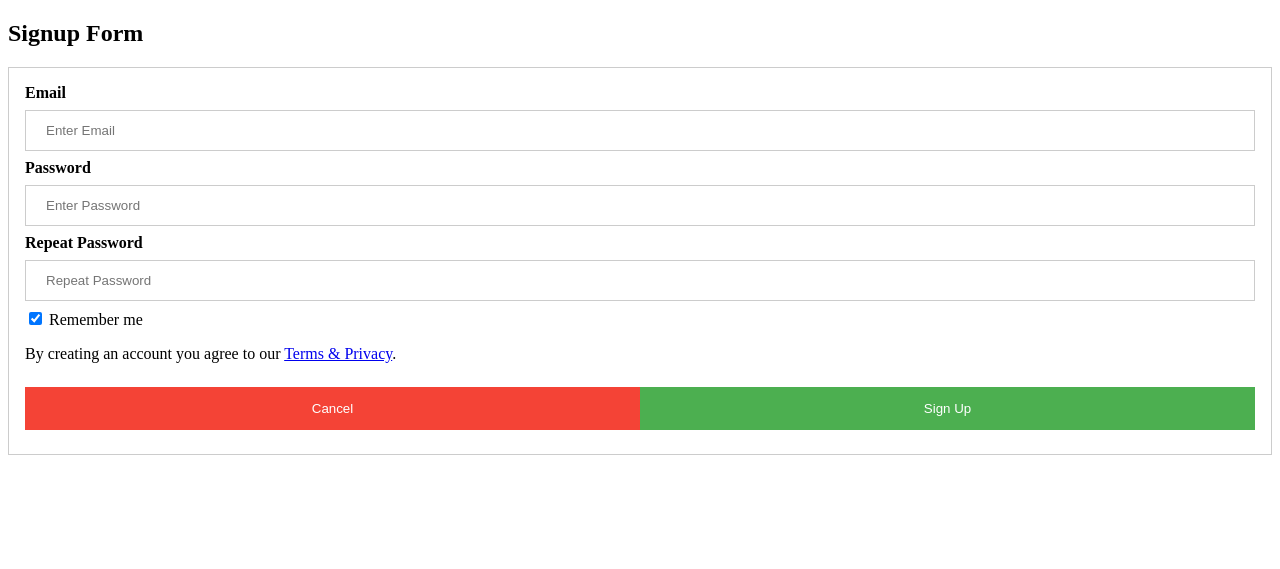
Repository: paragpatidar/LibraryManagementSystem
Page: http://localhost/LibraryManagementSystemSpring/WEB-INF/ui/SignUp.jsp
These files come from the project's save history. The page is drawn as it stood at one moment and after the next save; the edit follows.
The browser window is 1280 px wide. The pictures show the whole page.
The page is served by Tomcat 9. Nobody is signed in. Other server files are loaded and not shown. The template is opened directly, without the code that normally fills it, so the values that code supplies are empty.

Above is the page before, as saved 2017-11-08 04:07:21.

### LibraryManagementSystemSpring/WebContent/WEB-INF/ui/SignUp.jsp
<%@ page language="java" contentType="text/html; charset=ISO-8859-1"
    pageEncoding="ISO-8859-1"%>
<!DOCTYPE html PUBLIC "-//W3C//DTD HTML 4.01 Transitional//EN" "http://www.w3.org/TR/html4/loose.dtd">
<html>
<head>
<meta http-equiv="Content-Type" content="text/html; charset=ISO-8859-1">
<title>Insert title here</title>
<style>
/* Full-width input fields */
input[type=text], input[type=password] {
    width: 100%;
    padding: 12px 20px;
    margin: 8px 0;
    display: inline-block;
    border: 1px solid #ccc;
    box-sizing: border-box;
}

/* Set a style for all buttons */
button {
    background-color: #4CAF50;
    color: white;
    padding: 14px 20px;
    margin: 8px 0;
    border: none;
    cursor: pointer;
    width: 100%;
}

/* Extra styles for the cancel button */
.cancelbtn {
    padding: 14px 20px;
    background-color: #f44336;
}

/* Float cancel and signup buttons and add an equal width */
.cancelbtn,.signupbtn {
    float: left;
    width: 50%;
}

/* Add padding to container elements */
.container {
    padding: 16px;
}

/* Clear floats */
.clearfix::after {
    content: "";
    clear: both;
    display: table;
}

/* Change styles for cancel button and signup button on extra small screens */
@media screen and (max-width: 300px) {
    .cancelbtn, .signupbtn {
       width: 100%;
    }
}
</style>
</head>
<body>
<h2>Signup Form</h2>

<form action="/action_page.php" style="border:1px solid #ccc">
  <div class="container">
    <label><b>Email</b></label>
    <input type="text" placeholder="Enter Email" name="email" required>

    <label><b>Password</b></label>
    <input type="password" placeholder="Enter Password" name="psw" required>

    <label><b>Repeat Password</b></label>
    <input type="password" placeholder="Repeat Password" name="psw-repeat" required>
    <input type="checkbox" checked="checked"> Remember me
    <p>By creating an account you agree to our <a href="#">Terms & Privacy</a>.</p>

    <div class="clearfix">
      <button type="button" class="cancelbtn">Cancel</button>
      <button type="submit" class="signupbtn">Sign Up</button>
    </div>
  </div>
</form>
</body>
</html>

After the next save:
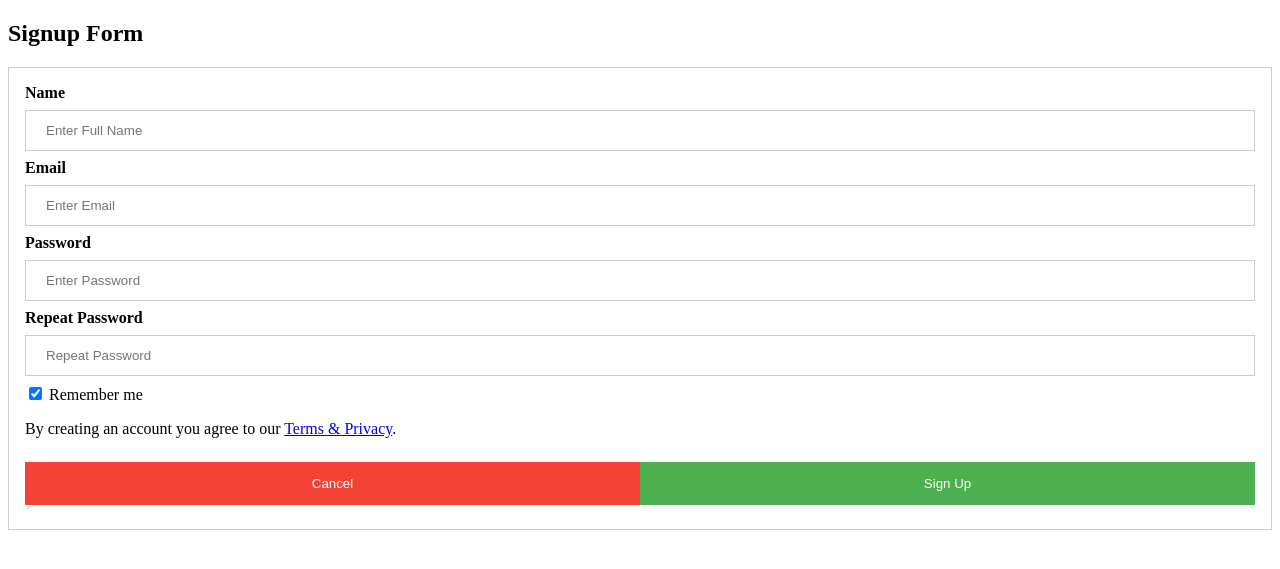
Saved 82 s later.
--- a/LibraryManagementSystemSpring/WebContent/WEB-INF/ui/SignUp.jsp
+++ b/LibraryManagementSystemSpring/WebContent/WEB-INF/ui/SignUp.jsp
@@ -64,6 +64,9 @@ button {
 
 <form action="/action_page.php" style="border:1px solid #ccc">
   <div class="container">
+     <label><b>Name</b></label>
+    <input type="text" placeholder="Enter Full Name" name="name" required>
+
     <label><b>Email</b></label>
     <input type="text" placeholder="Enter Email" name="email" required>
 
